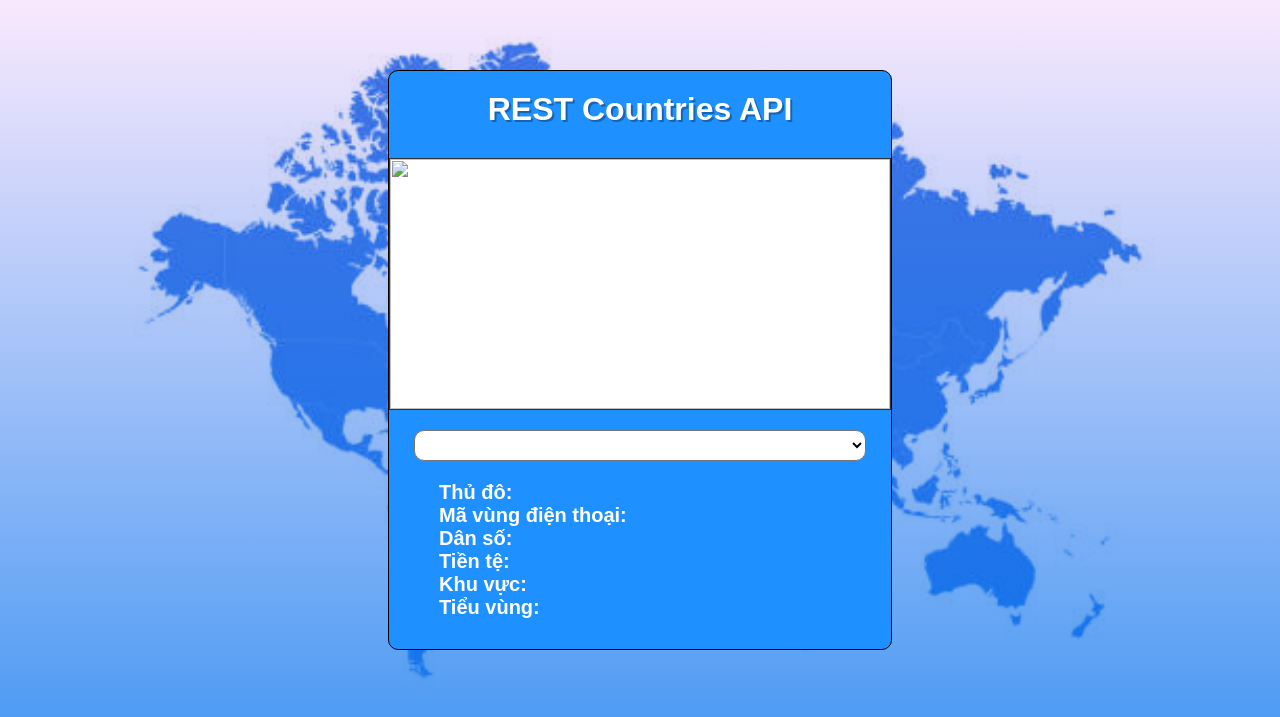
Repository: KhoaTran204/Rest-countries-api-app
Page: index.html
The author's editor kept a copy of each file at every save. The page is drawn from the files as they stood at one save, then again after the next save.
The browser window is 1280 px wide. The pictures show the whole page.
The page's requests for data from a server got no answer.

Above is the page before, as saved 2024-04-14 09:15:47.

After the next save:
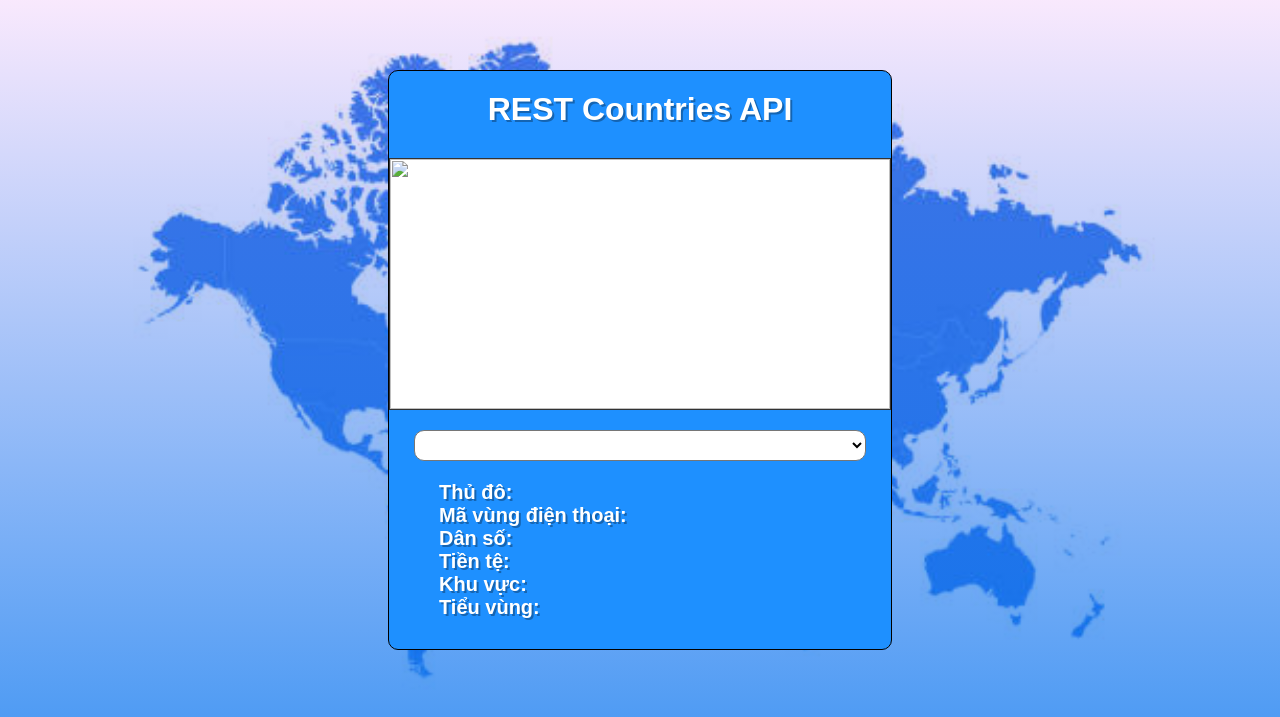
Saved 78 s later.
--- a/style.css
+++ b/style.css
@@ -81,4 +81,5 @@ body {
   color: #fff;
   font-size: 20px;
   font-weight: bold;
+  text-shadow: 2px 2px rgba(0, 0, 0, 0.3);
 }
